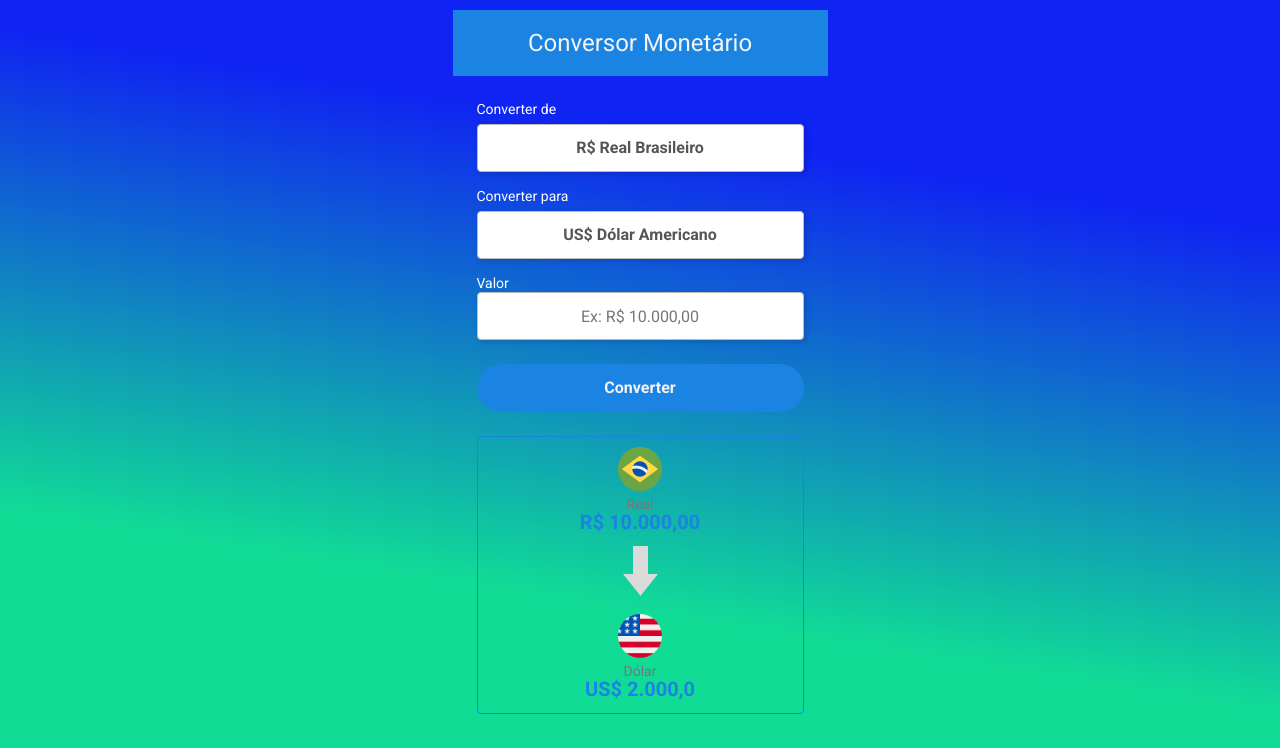
Repository: isayrous/coin-converter
Page: index.html
An editor plug-in stored every save of this project. The page is shown before and after the next save, followed by the edit.
The browser window is 1280 px wide. The pictures show the whole page.

Above is the page before, as saved 2022-11-02 23:51:25.

### index.html
<!DOCTYPE html>
<html lang="pt-br">
<head>
    <meta charset="UTF-8">
    <meta http-equiv="X-UA-Compatible" content="IE=edge">
    <meta name="viewport" content="width=device-width, initial-scale=1.0">
    <link rel='stylesheet' href="./style.css">
    <link rel="preconnect" href="https://fonts.googleapis.com">
    <link rel="preconnect" href="https://fonts.gstatic.com" crossorigin>
    <link href="https://fonts.googleapis.com/css2?family=Roboto:wght@400;700&display=swap" rel="stylesheet">
    <title>Conversor Monetário</title>
</head>
<body>
    <div class="container">

        <header>
            <h1>Conversor Monetário</h1>
        </header>

        <main>
            <label>
                Converter <strong>de</strong>
                <select id="first-select">
                    <option>R$ Real Brasileiro</option>
                    <option>US$ Dólar Americano</option>
                    <option>Bitcoin</option>
                    <option>€ Euro</option>
                </select>
            </label>

            <label>
                Converter <strong>para</strong>
                <select id="seccond-select">
                    <option>US$ Dólar Americano</option>
                    <option>Bitcoin</option>
                    <option>€ Euro</option>
                    <option>R$ Real Brasileiro</option>
                </select>
            </label>

            <label>
                <b>Valor</b>
                <input id='values' placeholder="Ex: R$ 10.000,00">
            </label>

            <button id="button-converter" >Converter</button>

            <section>
                <div>
                    <img id="currency-img1" src="./assets/BRL.png">
                    <p id="first-currency">Real</p>
                    <p id="return-input1" class="value">R$ 10.000,00</p>
                </div>

                <img src="./assets/Vector.png"><br>

                <div>
                    <img id="currency-img2" src="./assets/USA.png">
                    <p id ="seccond-currency">Dólar</p>
                    <p id="return-input2" class="value">US$ 2.000,0</p>
                </div>

            </section>

        </main>

    </div>

</body>
<script src='./scripts.js'></script>
</html>

### style.css
* {
    padding: 0;
    margin: 0;
    box-sizing: border-box;
    font-family: 'Roboto', sans-serif;
    font-style: normal;
    font-weight: normal;
    line-height: 18px;
}

body{
    background: linear-gradient(189deg, rgba(15,35,242,1) 24%, rgba(17,220,150,1) 75%);
    width: 100%;
    height: 100%;
    display: flex;
    justify-content: center;
    padding: 10px;
}

.container {
    height: 100%;
    width: 375px;
    background: transparent;
}

header {
    background-color: #1b83e2;
    height: 66px;
    display: flex;
    justify-content: center;
    align-items: center;
}

h1 {
    font-size: 24px;
    color:#F4F4F4;
}

main {
    padding: 24px;
}

label{
    font-weight: 400;
    font-size: 14px;
    color: #fff;
    width: 375px;
}

select{
    width: 327px;
    height: 48px;
    background: #FFFFFF;
    border: 1px solid #BBBBBB;
    border-radius: 4px;
    font-weight: 700;
    font-size: 16px;
    color: #555555;
    text-align: center;
    display: block;
    cursor: pointer;
    outline: none;
    appearance: none;
    box-shadow: 2px 2px 5px 0px #00000026;
    margin-bottom: 15px;
    margin-top: 6px;
}

input{
    width: 327px;
    height: 48px;
    background: #FFFFFF;
    border: 1px solid #BBBBBB;
    border-radius: 4px;
    font-weight: 700;
    font-size: 16px;
    color: #555555;
    text-align: center;
    box-shadow: 2px 2px 5px 0px #00000026;
    outline: none;

}

button {
    background: #1B83E2;
    border-radius: 25px;
    height: 48px;
    width: 327px;
    font-weight: 700;
    font-size: 16px;
    color: #F4F4F4;
    margin: 24px 0px 24px;
    border: none;
    cursor: pointer;
}

button:hover {
    opacity: 0.8;
}

button:active {
    opacity: 0.7;
}

section{
    border: 1px solid #1B83E2;
    border-radius: 4px;
    padding-top: 10px;
    display: flex;
    flex-direction: column;
    align-items: center;
    text-align: center;
}

p {
    font-weight: 400;
    font-size: 14px;
    color: #777777;
}

.value {
    color: #1B83E2;
    font-weight: 700;
    font-size: 20px;
    margin-bottom: 15px;
}

input::placeholder{color: #777777;
    font-weight: 100;}


@media screen and (max-width: 900px){
    .container {
        height: 100%;
        width: 100%;
    }

    header {
        height: 50px;
    }

    h1 {
        font-size: 20px;
    }

    main {
        padding: 4%;
    }

    label{
        font-size: 0.8rem;
    }

    select{
        font-size: 1rem;
        color: #555555;
        margin-bottom: 10px;
    }

    input{
        font-size: 1rem;
    }

    button {
        font-size: 1rem;
    }

    p {
        font-weight: 700;
        font-size: 0.8rem;
        color: #777777;
    }

    .value {
        font-size: 1rem;
    }
}

### scripts.js
const convert = document.getElementById("button-converter")
const select2 = document.getElementById("seccond-select")
const select1 = document.getElementById("first-select")
/* REAL, DOLAR, BITCOIN , EURO */
const real = [5.16, 5.08]
const dolar = [0.19 , 0.98]
const euro = [0.20 , 1.02]
const bitcoin = [98137.74 , 19010.10 , 19269.79]


const convertvalue = () => {
    const input = document.getElementById("values").value
    const returninput1 = document.getElementById("return-input1")
    const returninput2 = document.getElementById("return-input2")
    /* RETURNS DO INPUT 1 */

    if (select1.value === 'R$ Real Brasileiro') {
        returninput1.innerHTML = new Intl.NumberFormat('pt-BR', {
            style: 'currency', currency: 'BRL'
        }).format(input)

        if (select2.value === 'US$ Dólar Americano') {
            returninput2.innerHTML = new Intl.NumberFormat('en-US', {
                style: 'currency', currency: 'USD'
            }).format(input * dolar[0])
        }
        else if (select2.value === '€ Euro') {
            returninput2.innerHTML = new Intl.NumberFormat('de-DE', {
                style: 'currency', currency: 'EUR'
            }).format(input * euro[0])
        }
        else if (select2.value === 'Bitcoin'){
            returninput2.innerHTML = (input / bitcoin[0]).toFixed(2)
        }
        else if (select2.value === 'R$ Real Brasileiro') {
            returninput2.innerHTML = new Intl.NumberFormat('pt-BR', {
                style: 'currency', currency: 'BRL'
            }).format(input)
        }
    }


    else if (select1.value === 'US$ Dólar Americano') {
        returninput1.innerHTML = new Intl.NumberFormat('en-US', {
            style: 'currency', currency: 'USD'
        }).format(input)

        if (select2.value === 'US$ Dólar Americano') {
            returninput2.innerHTML = new Intl.NumberFormat('en-US', {
                style: 'currency', currency: 'USD'
            }).format(input)
        }
        else if (select2.value === '€ Euro') {
            returninput2.innerHTML = new Intl.NumberFormat('de-DE', {
                style: 'currency', currency: 'EUR'
            }).format(input * euro[1])
        }
        else if (select2.value === 'Bitcoin'){
            returninput2.innerHTML = (input / bitcoin[1]).toFixed(2)
        }
        else if (select2.value === 'R$ Real Brasileiro') {
            returninput2.innerHTML = new Intl.NumberFormat('pt-BR', {
                style: 'currency', currency: 'BRL'
            }).format(input * real[0])
        }

    }

    else if (select1.value === '€ Euro') {
        returninput1.innerHTML = new Intl.NumberFormat('de-DE', {
            style: 'currency', currency: 'EUR'
        }).format(input)

        if (select2.value === 'US$ Dólar Americano') {
            returninput2.innerHTML = new Intl.NumberFormat('en-US', {
                style: 'currency', currency: 'USD'
            }).format(input * dolar[1])
        }
        else if (select2.value === '€ Euro') {
            returninput2.innerHTML = new Intl.NumberFormat('de-DE', {
                style: 'currency', currency: 'EUR'
            }).format(input)
        }
        else if (select2.value === 'Bitcoin'){
            returninput2.innerHTML = (input / bitcoin[1]).toFixed(2)
        }
        else if (select2.value === 'R$ Real Brasileiro') {
            returninput2.innerHTML = new Intl.NumberFormat('pt-BR', {
                style: 'currency', currency: 'BRL'
            }).format(input * real[1])
        }
    }

    else if (select1.value === 'Bitcoin') {
        returninput1.innerHTML = (input)

        if (select2.value === 'US$ Dólar Americano') {
            returninput2.innerHTML = new Intl.NumberFormat('en-US', {
                style: 'currency', currency: 'USD'
            }).format(input * bitcoin[1])
        }
        else if (select2.value === '€ Euro') {
            returninput2.innerHTML = new Intl.NumberFormat('de-DE', {
                style: 'currency', currency: 'EUR'
            }).format(input * bitcoin[2])
        }
        else if (select2.value === 'Bitcoin'){
            returninput2.innerHTML = (input)
        }
        else if (select2.value === 'R$ Real Brasileiro') {
            returninput2.innerHTML = new Intl.NumberFormat('pt-BR', {
                style: 'currency', currency: 'BRL'
            }).format(input * bitcoin[0])
        }


    }

}

const change2 = () => {
    const currencyName2 = document.getElementById("seccond-currency")
    const currencyImg2 = document.getElementById("currency-img2")

    if (select2.value === '€ Euro') {
        currencyName2.innerHTML = '€ Euro'
        currencyImg2.src = "./assets/EURO.png"
    } else if (select2.value === 'Bitcoin') {
        currencyName2.innerHTML = 'Bitcoin'
        currencyImg2.src = "./assets/BITCOIN.png"
    } else if (select2.value === 'US$ Dólar Americano') {
        currencyName2.innerHTML = 'Dólar'
        currencyImg2.src = "./assets/USA.png"
    } else if (select2.value === 'R$ Real Brasileiro') {
        currencyName2.innerHTML = 'Real'
        currencyImg2.src = "./assets/BRL.png"
    }

    convertvalue()
}

const change1 = () => {
    const currencyName1 = document.getElementById("first-currency")
    const currencyImg1 = document.getElementById("currency-img1")

    if (select1.value === '€ Euro') {
        currencyName1.innerHTML = '€ Euro'
        currencyImg1.src = "./assets/EURO.png"
    } else if (select1.value === 'Bitcoin') {
        currencyName1.innerHTML = 'Bitcoin'
        currencyImg1.src = "./assets/BITCOIN.png"
    } else if (select1.value === 'US$ Dólar Americano') {
        currencyName1.innerHTML = 'Dólar'
        currencyImg1.src = "./assets/USA.png"
    } else if (select1.value === 'R$ Real Brasileiro') {
        currencyName1.innerHTML = 'Real'
        currencyImg1.src = "./assets/BRL.png"
    }
    convertvalue()

}

convert.addEventListener('click', convertvalue)
select1.addEventListener('change', change1)
select2.addEventListener('change', change2)

After the next save:
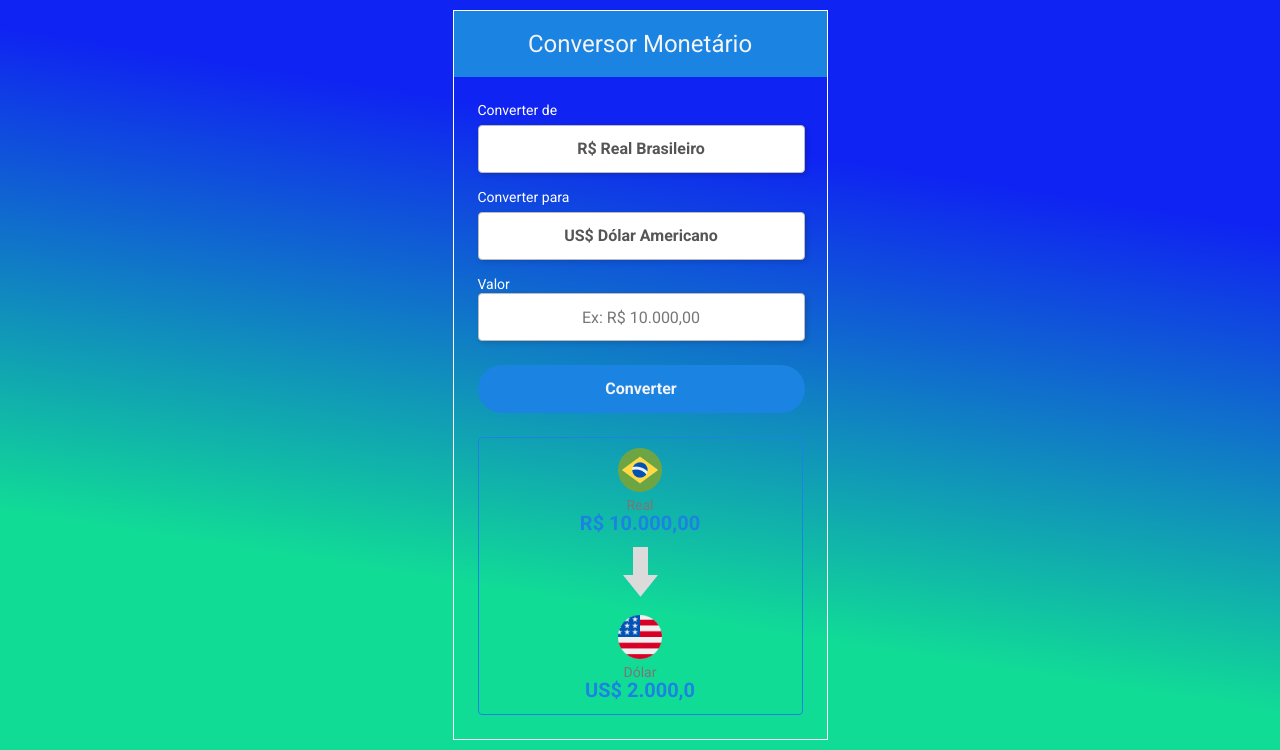
Saved 22 s later.
--- a/style.css
+++ b/style.css
@@ -21,6 +21,7 @@ body{
     height: 100%;
     width: 375px;
     background: transparent;
+    border: 1px solid #fff;
 }
 
 header {
